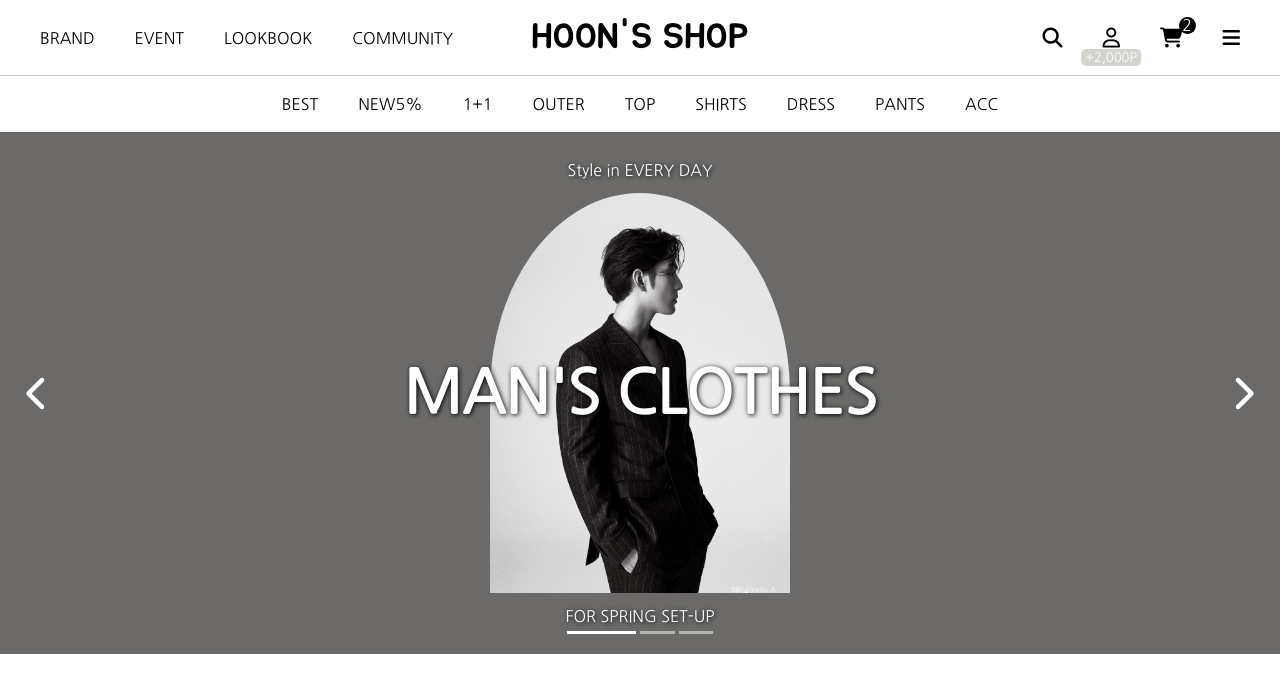
Repository: Iimchaehoon/cafeProject
Page: src/index.html
These files come from the project's save history. The page is drawn as it stood at one moment and after the next save; the edit follows.
The browser window is 1280 px wide. The pictures show the whole page.
Some web fonts or font styles are not loaded; a fallback is used. Some web libraries are served in a nearby version.

Above is the page before, as saved 2024-07-23 22:30:26.

### src/index.html
<!DOCTYPE html>
<html lang="en">
  <head>
    <meta charset="UTF-8" />
    <meta name="viewport" content="width=device-width, initial-scale=1.0" />
    <link rel="shortcut icon" href="/image/cafefav.png" type="image/x-icon" />
    <link rel="stylesheet" href="/src/css/style.css" />
    <title>cafe24_clone</title>
    <script
      src="https://kit.fontawesome.com/1e606f2a97.js"
      crossorigin="anonymous"
    ></script>
  </head>
  <body>
    <!--header-->
    <header class="header">
      <div class="header__top">
        <nav class="header__nav-box">
          <ul class="header__list-box">
            <li class="header__content">BRAND</li>
            <li class="header__content">EVENT</li>
            <li class="header__content">LOOKBOOK</li>
            <li class="header__content">COMMUNITY</li>
          </ul>
        </nav>
        <h1 class="header__title">HOON'S SHOP</h1>
        <ul class="header__menu">
          <li class="header__content">
            <i class="fa-solid fa-magnifying-glass fa-lg"></i>
          </li>
          <li class="header__content header__content--badge-price">
            <div class="header__price-badge"><span>+2,000P</span></div>
            <i class="fa-regular fa-user fa-lg"></i>
          </li>
          <li class="header__content header__content--badge-box">
            <div class="header__cart-badge"><span>2</span></div>
            <i class="fa-solid fa-cart-shopping fa-lg"></i>
          </li>
          <li class="header__content">
            <i class="fa-solid fa-bars fa-lg"></i>
          </li>
        </ul>
      </div>

      <div class="header__bottom">
        <ul class="header__category">
          <li class="header__content">BEST</li>
          <li class="header__content">NEW5%</li>
          <li class="header__content">1+1</li>
          <li class="header__content">OUTER</li>
          <li class="header__content">TOP</li>
          <li class="header__content">SHIRTS</li>
          <li class="header__content">DRESS</li>
          <li class="header__content">PANTS</li>
          <li class="header__content">ACC</li>
        </ul>
      </div>
    </header>
    <!-- main  -->
    <main class="main">
      <section class="main__slider">
        <h2 class="main__slider-title">MAN'S CLOTHES</h2>
        <span class="main__slider-btn"
          ><i class="fa-solid fa-chevron-left fa-xl"></i
        ></span>

        <div class="main__slider-container">
          <span class="main__slider-text">Style in EVERY DAY</span>
          <div class="main__slider-image-container">
            <img
              class="main__slider-image"
              src="/assets/main-slider.jpg"
              alt="main-slider_img"
            />
          </div>
          <span class="main__slider-text">FOR SPRING SET-UP</span>
        </div>

        <span class="main__slider-btn"
          ><i class="fa-solid fa-chevron-right fa-xl"></i
        ></span>
        <div class="main__progress-bar">
          <div
            class="main__progress-bar-item main__progress-bar-item--visible"
          ></div>
          <div
            class="main__progress-bar-item main__progress-bar-item--invisible"
          ></div>
          <div
            class="main__progress-bar-item main__progress-bar-item--invisible"
          ></div>
        </div>
      </section>
    </main>
  </body>
</html>

### src/css/style.css
@import "reset.css";
@import "components/header.css";
@import url("https://fonts.googleapis.com/css2?family=Cute+Font&family=Jua&display=swap");
@import url("https://fonts.googleapis.com/css2?family=Nanum+Gothic&family=Noto+Sans+KR:wght@100..900&display=swap");
@import url("./slider.css");
body {
  font-family: "Nanum Gothic", sans-serif;
  margin: 0;
  padding: 0;
  box-sizing: border-box;
}
ul {
  margin: 0;
}

### src/css/components/header.css
.header__top {
  display: flex;
  justify-content: space-between;
  padding: 20px;
  border-bottom: 1px solid rgba(0, 0, 0, 0.2);
}
.header__nav-box {
  width: 33%;
}
.header__title {
  width: 33%;
  font-family: "Jua", sans-serif;

  font-size: 35px;
  font-weight: 500;
  text-align: center;
}

.header__list-box {
  display: flex;

  height: 100%;
  align-items: center;
}
.header__menu {
  display: flex;
  align-items: center;
  justify-content: flex-end;

  width: 33%;
}
.header__content {
  margin: 0 20px;
}
/* 아래헤더 */
.header__category {
  display: flex;
  justify-content: center;
  padding: 20px 0;
}
.header__cart-badge {
  background-color: black;
  display: flex;
  justify-content: center;
  align-items: center;
  border-radius: 100%;
  width: 13px;
  height: 13px;
  padding: 2px;
  position: absolute;
  top: -13px;
  right: -13px;
}
.header__content--badge-box {
  position: relative;
}
.header__cart-badge span {
  color: white;
}
.header__content--badge-price {
  position: relative;
}
.header__price-badge {
  background-color: #d5d3cd;
  color: white;
  display: flex;
  justify-content: center;
  align-items: center;
  font-size: 13px;
  border-radius: 5px;
  padding: 2px 4px;
  position: absolute;
  left: 50%;
  transform: translateX(-50%);
  bottom: -20px;
}

### src/css/slider.css
.main__slider {
  display: flex;
  justify-content: space-between;
  align-items: center;
  padding: 30px;
  background-color: #6b6a68;
  position: relative;
}

.main__slider-btn {
  transform: scale(1.5);
  color: white;
}

.main__slider-text {
  color: white;
  text-shadow: 1px 1px 5px black;
}

.main__slider-container {
  display: flex;
  flex-direction: column;
  align-items: center;
}
.main__slider-image-container {
  width: 300px;
  height: 400px;

  border-top-left-radius: 50%;
  border-top-right-radius: 50%;

  overflow: hidden;
  margin: 15px 0;
}
.main__slider-image {
  width: 100%;
  height: 100%;
  object-fit: cover;
}
.main__slider-title {
  color: white;
  font-weight: 600;
  font-size: 60px;
  text-shadow: 1px 1px 5px black;
  position: absolute;
  top: 50%;
  left: 50%;
  transform: translate(-50%, -50%);
}
.main__progress-bar {
  width: 150px;
  height: 3px;

  position: absolute;
  bottom: 20px;
  left: 50%;
  transform: translateX(-50%);
  display: flex;
}
.main__progress-bar-item {
  height: 100%;
  background-color: white;
  margin: 0 2px;
}
.main__progress-bar-item--visible {
  width: 50%;
}
.main__progress-bar-item--invisible {
  width: 25%;
  opacity: 0.5;
}

Loaded but not shown: src/css/reset.css (common file)

After the next save:
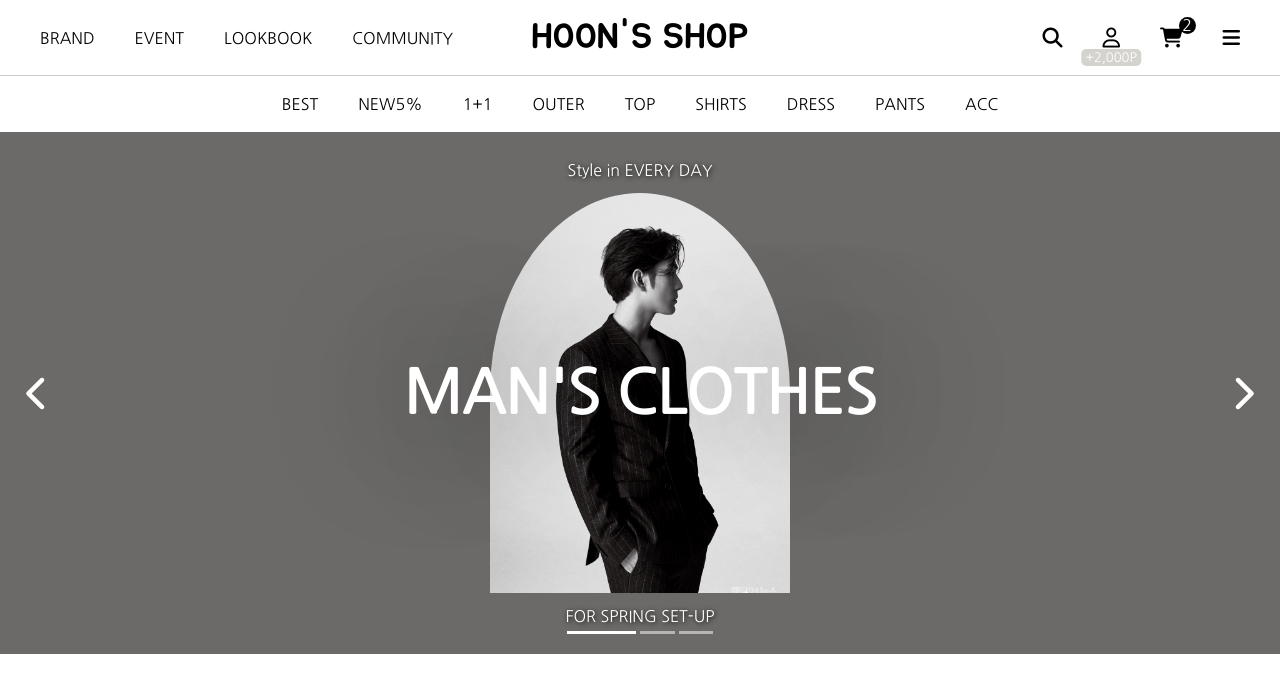
Saved 8 s later.
--- a/src/css/slider.css
+++ b/src/css/slider.css
@@ -41,7 +41,7 @@
   color: white;
   font-weight: 600;
   font-size: 60px;
-  text-shadow: 1px 1px 5px black;
+  text-shadow: 1px 1px 3cap black;
   position: absolute;
   top: 50%;
   left: 50%;
